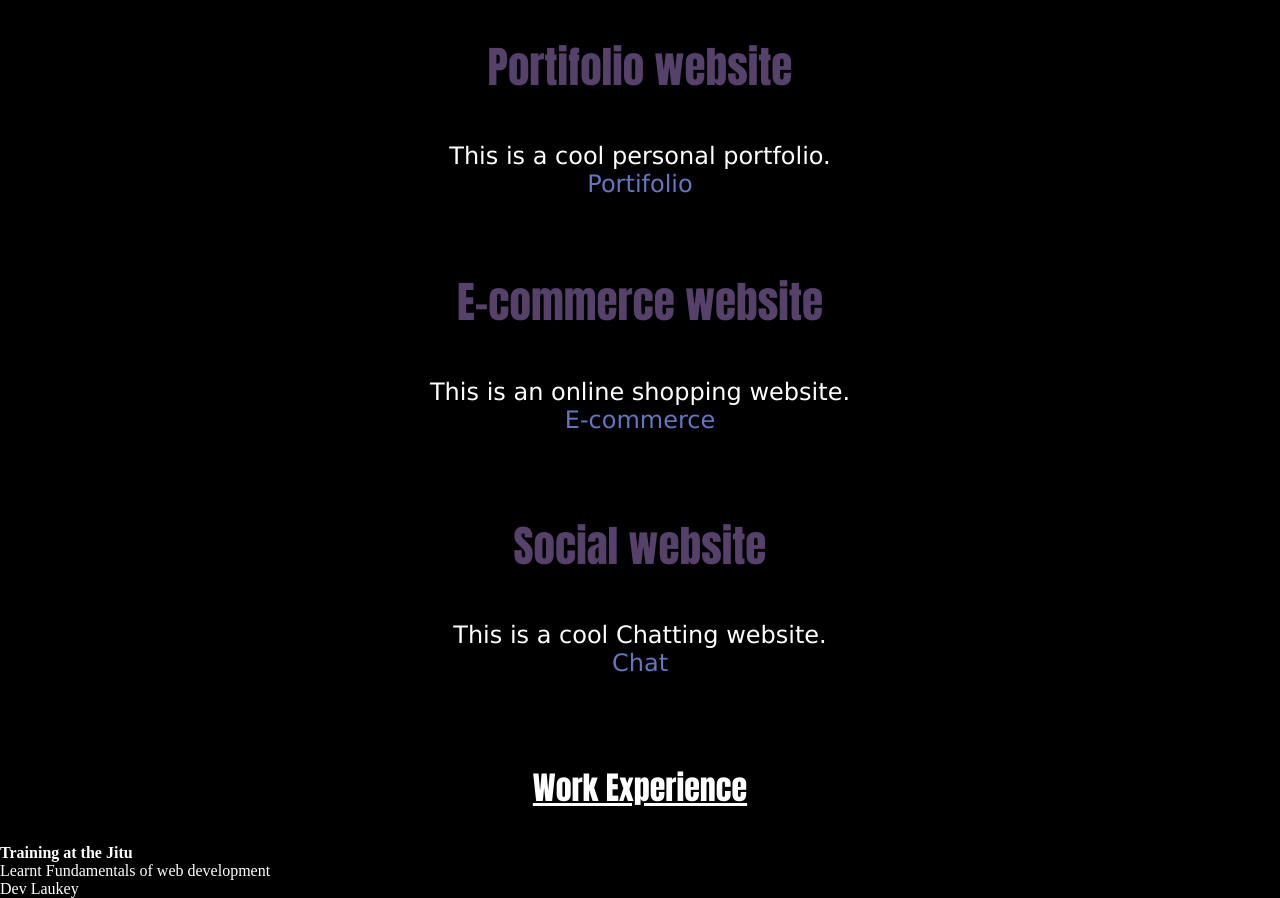
Repository: LaukeyMwaura/Jitu-Day-2
Page: index.html
These files come from the project's save history. The page is drawn as it stood at one moment and after the next save; the edit follows.
The browser window is 1280 px wide. The pictures show the part of the page from y = 1512 to 2464 px (the page is 2410 px tall before and 2464 px after).
A picture or video elsewhere on the page could not be fetched, so the positions and the page height are approximate.

Above is the page before, as saved 2022-05-12 00:39:45.

After the next save:
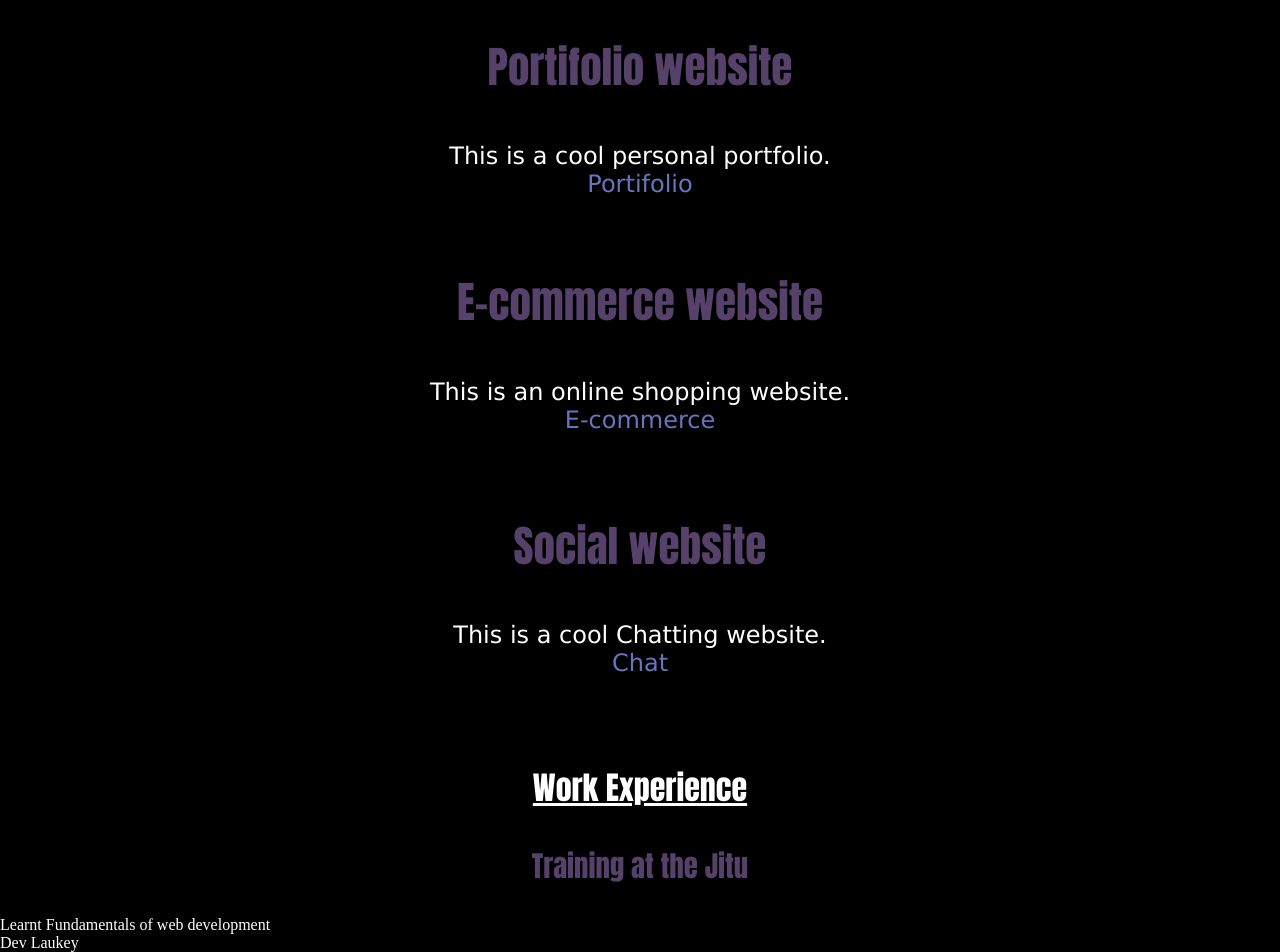
Saved 21 s later.
--- a/index.html
+++ b/index.html
@@ -97,7 +97,7 @@
     <div id="work" class="work">
       <h1 class="heading">Work Experience</h1>
       <div>
-        <h4>Training at the Jitu</h4>
+        <h4 class="subheading"> Training at the Jitu</h4>
         <p>Learnt Fundamentals of web development</p>
       </div>
     </div>
